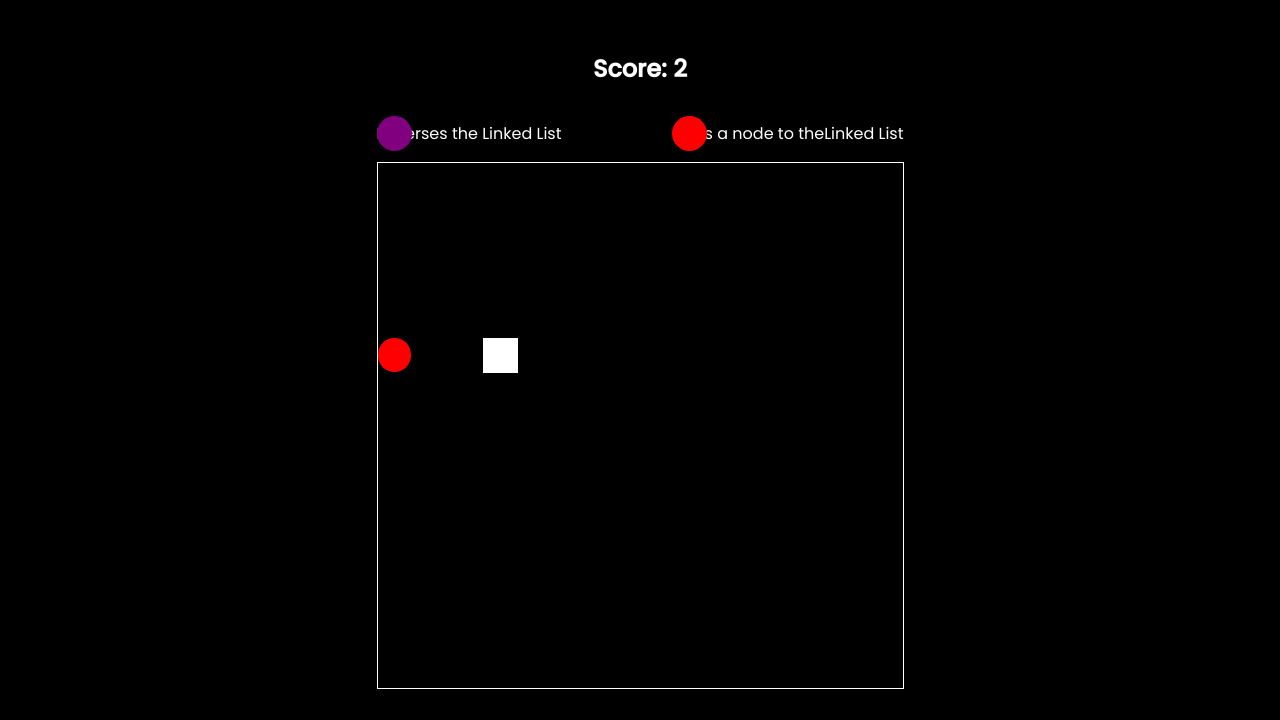
Repository: rehans-Life/linkedlist-snake-game
Page: /
An editor plug-in stored every save of this project. The page is shown before and after the next save, followed by the edit.
The browser window is 1280 px wide. The pictures show the whole page.
The project was rebuilt for these pictures with package versions that can differ from the ones it lists, and the page was loaded fresh each time. The framework's server and built-in components were replaced by stand-ins that run in the browser. Also part of the build but not shown: next.config.js.

Above is the page before, as saved 2023-04-16 02:43:30.

### pages/index.js
import Head from "next/head";
import styles from "../styles/Home.module.css";
import Board from "../components/Board";

export default function Home() {
  return (
    <div className={styles.container}>
      <Head>
        <title>Linked List Snake Game</title>
        <meta name="description" content="linked list snake game" />
        <link rel="icon" href="/favicon.ico" />
      </Head>
      <Board />
    </div>
  );
}

### styles/globals.css
@import url("https://fonts.googleapis.com/css2?family=Poppins:wght@100;200;300;400;500&display=swap");

html,
body {
  padding: 0;
  margin: 0;
}

a {
  color: inherit;
  text-decoration: none;
}

* {
  box-sizing: border-box;
  font-family: Poppins;
}

button {
  margin: 0;
  padding: 0;
}

### styles/Home.module.css
.container {
  background-color: rgb(0, 0, 0);
  height: 100vh;
  display: flex;
  align-items: center;
  justify-content: center;
}

.board {
  border: 1px solid white;
}

.score {
  color: white;
  width: 100%;
  text-align: center;
}

.row {
  display: flex;
  align-items: center;
  justify-content: center;
}

.cell {
  width: 35px;
  height: 35px;
}

.snake_cell {
  background-color: green;
}

.food_cell {
  position: relative;
}

.food_cell::before {
  content: "";
  height: 95%;
  position: absolute;
  width: 95%;
  border-radius: 50%;
  background-color: red;
}

.reverse_cell {
  position: relative;
}

.reverse_cell::before {
  content: "";
  height: 95%;
  position: absolute;
  width: 95%;
  border-radius: 50%;
  background-color: purple;
}

.head {
  background-color: white;
}

.circle {
  content: "";
  height: 35px;
  position: absolute;
  width: 35px;
  border-radius: 50%;
}

.reverse {
  background-color: purple;
}

.food {
  background-color: red;
}

.text {
  color: white;
}

.info {
  display: flex;
  align-items: center;
  column-gap: 10px;
}

.infos {
  display: flex;
  align-items: center;
  justify-content: space-between;
}

### components/Board.jsx
/* eslint-disable react-hooks/exhaustive-deps */
import React, { useEffect, useState } from "react";
import styles from "../styles/Home.module.css";
import { createBoard, randomIntInIntervel } from "../utils";

const BOARD_SIZE = 10;

// A Class to represent each node of the linked list
class Node {
  constructor(value, row, col) {
    this.value = value;
    this.row = row;
    this.col = col;
    this.next = null;
  }
}

// A class to represent the singly linked list
class SinglyLinkedList {
  constructor(head) {
    let node = new Node(head.value, head.row, head.col);
    this.head = node;
    this.tail = node;
  }
}

const Direction = {
  UP: "UP",
  RIGHT: "RIGHT",
  DOWN: "DOWN",
  LEFT: "LEFT",
};

const reverseDirection = {
  UP: "DOWN",
  RIGHT: "LEFT",
  DOWN: "UP",
  LEFT: "RIGHT",
};

export default function Board() {
  const [board, setBoard] = useState(createBoard(15));

  // A set to store the values of all snake cells intially our snake will be of size
  // one cell and start from the 44th cells.
  const [snakeCells, setSnakeCells] = useState(new Set([80]));

  // A linked list for our snake initally going to have only one node which
  // is at cell 44.
  const [linkedlist, setLinkedList] = useState(
    new SinglyLinkedList({ value: 80, row: 5, col: 4 })
  );

  const [foodCell, setFoodCell] = useState(85);
  const [direction, setDirection] = useState(Direction.RIGHT);

  const [reverseLinkedList, setReverseLinkedList] = useState(false);
  const [counter, setCounter] = useState(0);

  useEffect(() => {
    window.addEventListener("keydown", (e) => {
      handleKeyDown(e.key);
    });
    let gameStartInternal = setInterval(() => {
      setLinkedList((currLinkedList) => moveLinkedList(currLinkedList));
    }, 250);
    return () => {
      clearInterval(gameStartInternal);
    };
  }, [direction, foodCell, snakeCells]);

  useEffect(() => {
    setSnakeCells((currSnakeCells) => moveSnakeCells(currSnakeCells));
  }, [linkedlist]);

  useEffect(() => {
    setCounter((curr) => curr + 1);
  }, [foodCell]);

  function handleKeyDown(key) {
    const direction = getDirectionFromKey(key);
    if (direction === "") return;
    setDirection(direction);
  }

  const getDirectionFromKey = (key) => {
    if (key === "ArrowUp") return Direction.UP;
    if (key === "ArrowRight") return Direction.RIGHT;
    if (key === "ArrowDown") return Direction.DOWN;
    if (key === "ArrowLeft") return Direction.LEFT;
    return "";
  };

  function moveLinkedList(originalLinkedlist) {
    let linkedList = copyLinkedList(originalLinkedlist);
    let currHead = linkedList.head;
    let newHead = createNewNodeInDirection(board, currHead);

    if (!newHead) {
      setFoodCell(85);
      setDirection(Direction.RIGHT);
      setCounter(0);
      return new SinglyLinkedList({ value: 80, row: 5, col: 4 });
    }

    currHead.next = newHead;
    if (newHead.value === foodCell) {
      if (reverseLinkedList) {
        let reversedLinkedList = createReverseLinkedList(linkedList);
        let newDirection = newReverseDirection(originalLinkedlist.tail);
        setDirection(newDirection);
        while (true) {
          let newFoodCell = randomIntInIntervel(1, board[14][14]);
          if (!snakeCells.has(newFoodCell)) {
            setReverseLinkedList(Math.random() < 0.3);
            setFoodCell(newFoodCell);
            break;
          }
        }
        return { head: reversedLinkedList.head, tail: currHead };
      }

      let growthCell = createNewNodeForGrowth(board, linkedList.tail);
      let temp = linkedList.tail;
      linkedList.tail = growthCell;
      linkedList.tail.next = temp;

      while (true) {
        let newFoodCell = randomIntInIntervel(1, board[14][14]);
        if (!snakeCells.has(newFoodCell)) {
          setReverseLinkedList(Math.random() < 0.3);
          setFoodCell(newFoodCell);
          break;
        }
      }
    }
    return { head: newHead, tail: linkedList.tail.next };
  }

  function newReverseDirection(currHead) {
    let newDirection;
    let nextToHead = currHead.next;

    if (!nextToHead) {
      if (direction === "RIGHT") newDirection = reverseDirection["RIGHT"];
      else if (direction === "LEFT") newDirection = reverseDirection["LEFT"];
      else if (direction === "UP") newDirection = reverseDirection["UP"];
      else newDirection = reverseDirection["DOWN"];
      return newDirection;
    }

    if (direction === "RIGHT") {
      if (nextToHead.col === currHead.col - 1) {
        newDirection = "RIGHT";
      } else {
        newDirection = "LEFT";
      }
    }

    if (direction === "LEFT") {
      if (nextToHead.col === currHead.col + 1) {
        newDirection = "LEFT";
      } else {
        newDirection = "RIGHT";
      }
    }

    if (direction === "UP") {
      if (nextToHead.row === currHead.row + 1) {
        newDirection = "UP";
      } else {
        newDirection = "DOWN";
      }
    }

    if (direction === "DOWN") {
      if (nextToHead.row === currHead.row - 1) {
        newDirection = "DOWN";
      } else {
        newDirection = "UP";
      }
    }
    return newDirection;
  }

  function createReverseLinkedList(linkedList) {
    let tail = linkedList.tail;
    let curr = null;
    let prev = tail;

    while (prev) {
      let temp = prev.next;
      prev.next = curr;
      curr = prev;
      prev = temp;
    }

    return { head: tail, tail: curr };
  }

  function createNewNodeForGrowth(board, currTail) {
    let newTail;
    if (direction === "LEFT")
      newTail = new Node(
        board[currTail.row][currTail.col + 1],
        currTail.row,
        currTail.col + 1
      );
    else if (direction === "RIGHT")
      newTail = new Node(
        board[currTail.row][currTail.col - 1],
        currTail.row,
        currTail.col - 1
      );
    else if (direction === "DOWN") {
      if (currTail.row - 1 < 0) {
        newTail = new Node(
          board[currTail.row + 1][currTail.col],
          currTail.row + 1,
          currTail.col
        );
      } else {
        newTail = new Node(
          board[currTail.row - 1][currTail.col],
          currTail.row - 1,
          currTail.col
        );
      }
    } else if (direction === "UP") {
      if (currTail.row + 1 >= 15) {
        newTail = new Node(
          board[currTail.row - 1][currTail.col],
          currTail.row - 1,
          currTail.col
        );
      } else {
        newTail = new Node(
          board[currTail.row + 1][currTail.col],
          currTail.row + 1,
          currTail.col
        );
      }
    }

    return newTail;
  }

  function createNewNodeInDirection(board, currHead) {
    let newHead = false;
    if (
      direction === "LEFT" &&
      currHead.col - 1 >= 0 &&
      !snakeCells.has(board[currHead.row][currHead.col - 1])
    )
      newHead = new Node(
        board[currHead.row][currHead.col - 1],
        currHead.row,
        currHead.col - 1
      );
    else if (
      direction === "RIGHT" &&
      currHead.col + 1 < 15 &&
      !snakeCells.has(board[currHead.row][currHead.col + 1])
    )
      newHead = new Node(
        board[currHead.row][currHead.col + 1],
        currHead.row,
        currHead.col + 1
      );
    else if (
      direction === "DOWN" &&
      currHead.row + 1 < 15 &&
      !snakeCells.has(board[currHead.row + 1][currHead.col])
    )
      newHead = new Node(
        board[currHead.row + 1][currHead.col],
        currHead.row + 1,
        currHead.col
      );
    else if (
      direction === "UP" &&
      currHead.row - 1 >= 0 &&
      !snakeCells.has(board[currHead.row - 1][currHead.col])
    )
      newHead = new Node(
        board[currHead.row - 1][currHead.col],
        currHead.row - 1,
        currHead.col
      );
    return newHead;
  }

  function copyLinkedList(linkedList) {
    let node = linkedList.tail;
    let newNode = new Node(node.value, node.row, node.col);
    let newTail = newNode;
    while (node.next) {
      let next = node.next;
      let newNext = new Node(next.value, next.row, next.col);
      node = next;
      newNode.next = newNext;
      newNode = newNext;
    }
    return {
      head: newNode,
      tail: newTail,
    };
  }

  function moveSnakeCells() {
    let movedSnake = [];
    let node = linkedlist.tail;

    while (node) {
      movedSnake.push(node.value);
      node = node.next;
    }
    movedSnake.reverse();
    return new Set(movedSnake);
  }

  const infos = [
    {
      color: "purple",
      text: "Reverses the Linked List",
    },
    {
      color: "red",
      text: "Adds a node to theLinked List",
    },
  ];

  const Info = ({ text, color }) => {
    return (
      <div className={styles.info}>
        <div
          className={`${styles.circle} ${
            color === "purple" ? styles.reverse : styles.food
          }`}
        ></div>
        <p className={styles.text}>{text}</p>
      </div>
    );
  };

  return (
    <div>
      <h2 className={styles.score}>Score: {counter}</h2>
      <div className={styles.infos}>
        {infos.map(({ color, text }, index) => (
          <Info text={text} color={color} key={index} />
        ))}
      </div>
      <div className={styles.board}>
        {board.map((row, i) => (
          <div key={i} className={styles.row}>
            {row.map((value, j) => (
              <div
                key={j}
                className={`${styles.cell} ${
                  linkedlist.head.value === value
                    ? styles.head
                    : snakeCells.has(value)
                    ? styles.snake_cell
                    : reverseLinkedList && value === foodCell
                    ? styles.reverse_cell
                    : value === foodCell
                    ? styles.food_cell
                    : ""
                }`}
              ></div>
            ))}
          </div>
        ))}
      </div>
    </div>
  );
}

### utils.js
export const randomIntInIntervel = (max, min) => {
  return Math.floor(Math.random() * (max - min + 1)) + min;
};

export const createBoard = (board_size) => {
  // All the cells which have a certain value assigned to them
  let board = [];
  let counter = 1;
  for (let i = 0; i < board_size; i++) {
    let row = [];
    for (let j = 0; j < board_size; j++) row.push(counter++);
    board.push(row);
  }
  return board;
};

Loaded but not shown: pages/_app.js (common file)

After the next save:
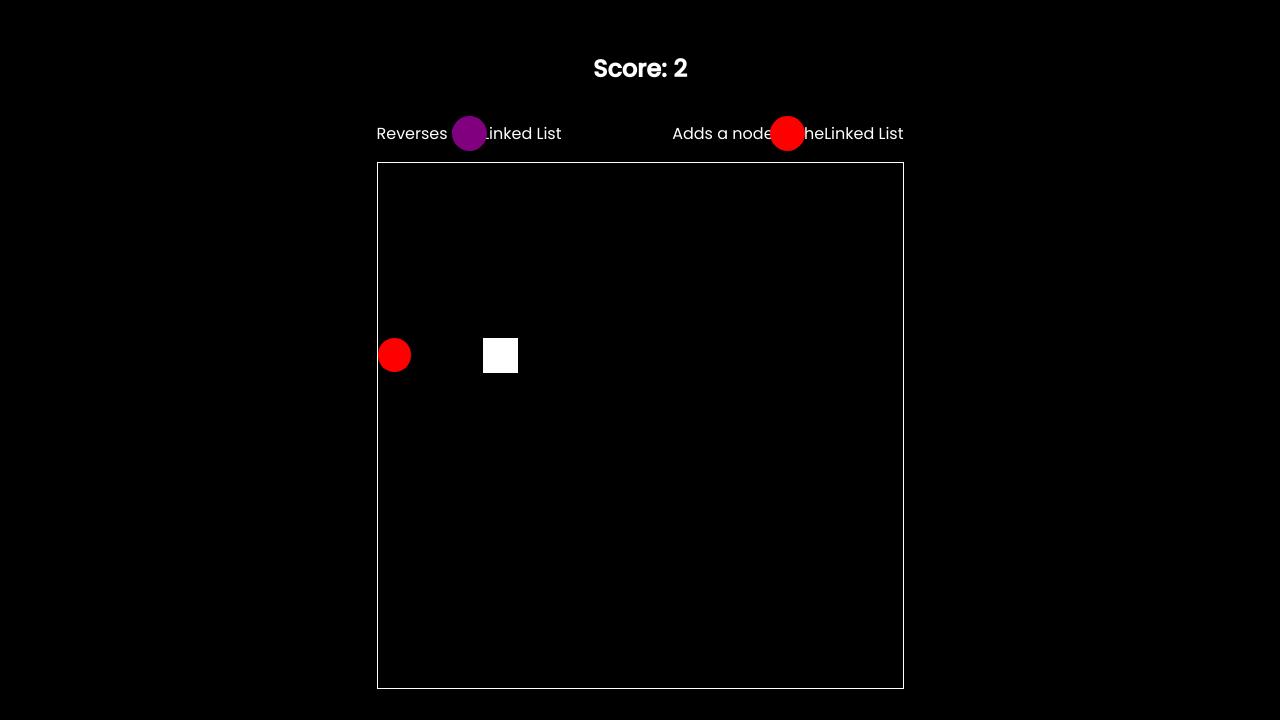
Saved 9 s later.
--- a/styles/Home.module.css
+++ b/styles/Home.module.css
@@ -84,7 +84,7 @@
 .info {
   display: flex;
   align-items: center;
-  column-gap: 10px;
+  justify-content: space-around;
 }
 
 .infos {
